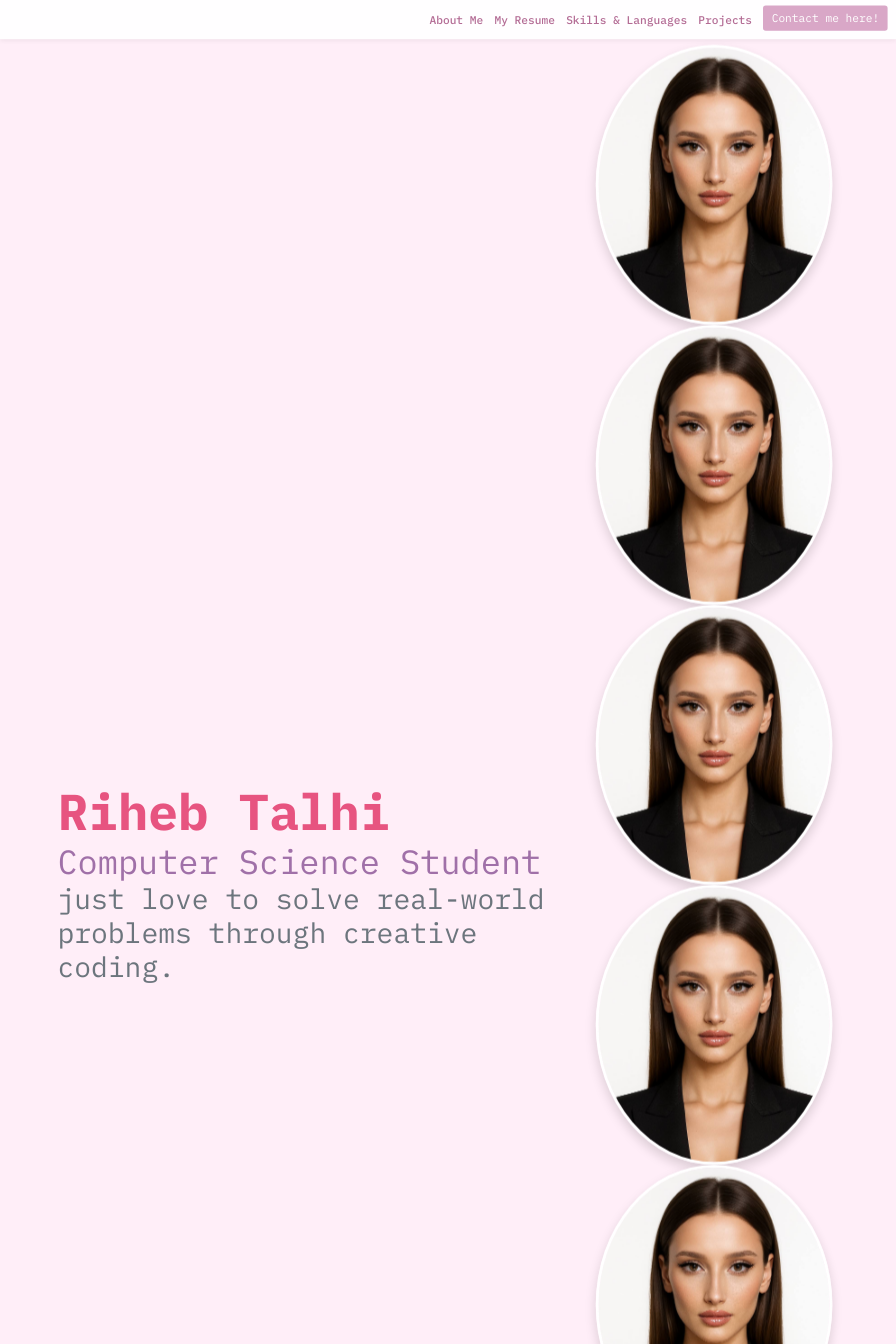
Repository: rihebtlh/portfolio
Page: new.html
An editor plug-in stored every save of this project. The page is shown before and after the next save, followed by the edit.
The browser window is 1280 px wide. The pictures show the part of the page from y = 0 to 1920 px (the page is 6145 px tall before and 4545 px after), at 70% of full size.

Above is the page before, as saved 2025-07-02 17:43:55.

### new.html
<!DOCTYPE html>
<html lang="en">
<head>
  <meta charset="UTF-8" />
  <meta name="viewport" content="width=device-width, initial-scale=1.0" />
  <title>Riheb Talhi Portfolio</title>
  <link href="https://cdn.jsdelivr.net/npm/bootstrap@5.0.2/dist/css/bootstrap.min.css" rel="stylesheet" />
  <script src="https://cdn.jsdelivr.net/npm/bootstrap@5.0.2/dist/js/bootstrap.bundle.min.js"></script>
  <link rel="stylesheet" href="https://cdn.jsdelivr.net/npm/bootstrap-icons@1.10.5/font/bootstrap-icons.css">
  <link href="https://fonts.googleapis.com/css2?family=IBM+Plex+Mono:wght@400;500;700&display=swap" rel="stylesheet">

  <style>
    body {
      font-family: 'IBM Plex Mono', monospace;
      color: #333;
      background: #fff;
    }

    .navbar {
      background: rgba(255, 255, 255, 0.9);
      box-shadow: 0 4px 6px rgba(0, 0, 0, 0.05);
    }

    .navbar-nav .nav-link {
      color: #b36b94 !important;
      font-weight: 500;
    }

    .navbar-nav .nav-link:hover {
      color: #e75480 !important;
    }

    .btn-secondary {
      background-color: #d9a7c7;
      border: none;
    }

    .btn-secondary:hover {
      background-color: #e2b8d3;
    }

    h1, h2 {
      font-weight: 700;
    }

    .display-2 {
      color: #e75480;
    }

    .display-5 {
      color: #a070a8;
    }

    section {
      padding: 4rem 0;
    }

    .head {
      background-color: #ffeef8;
    }

    .about {
      background-color: #ffffff;
    }

    .about h2 {
      color: #e75480;
    }

    .about p {
      font-size: 1.1rem;
      color: #444;
      max-width: 800px;
    }

    img.rounded-circle {
      border: 4px solid #fff;
    }
    /* Simple timeline style */
  .timeline-item {
    border-left: 3px solid #e75480;
    padding-left: 1rem;
    position: relative;
  }
  .timeline-item::before {
    content: '';
    position: absolute;
    left: -9px;
    top: 0.4rem;
    width: 15px;
    height: 15px;
    background: #e75480;
    border-radius: 50%;
  }
  /* Fade-up effect */
    .fade-up {
      opacity: 0;
      transform: translateY(40px);
      transition: all 0.6s ease-in-out;
    }

    .fade-up.show {
      opacity: 1;
      transform: translateY(0);
    }

    /* Slide-in from left for the name */
    .slide-left {
      opacity: 0;
      transform: translateX(-100px);
      animation: slideLeft 1s ease-out forwards;
    }

    .btn-secondary:hover {
      background-color: #e2b8d3;
      transform: scale(1.03);
      transition: transform 0.2s ease-in-out;
    }

    @keyframes slideLeft {
      to {
        opacity: 1;
        transform: translateX(0);
      }
    }
    .floating {
      animation: float 3s ease-in-out infinite;
    }

    @keyframes float {
      0% { transform: translateY(0); }
      50% { transform: translateY(-10px); }
      100% { transform: translateY(0); }
    }


  </style>
</head>
<body>
  <!-- Navbar -->
  <nav class="navbar navbar-expand-md navbar-light fixed-top">
    <div class="container-xxl">
      <button class="navbar-toggler" type="button" data-bs-toggle="collapse" data-bs-target="#main-nav"
        aria-controls="main-nav" aria-expanded="false" aria-label="Toggle navigation">
        <span class="navbar-toggler-icon"></span>
      </button>

      <div class="collapse navbar-collapse justify-content-end align-items-center" id="main-nav">
        <ul class="navbar-nav">
          <li class="nav-item"><a class="nav-link" href="#about">About Me</a></li>
          <li class="nav-item"><a class="nav-link" href="#resume">My Resume</a></li>
          <li class="nav-item"><a class="nav-link" href="#skills">Skills & Languages</a></li>
          <li class="nav-item"><a class="nav-link" href="#projects">Projects</a></li>
          <li class="nav-item ms-2 d-none d-md-inline">
            <a class="btn btn-secondary" href="#contact">Contact me here!</a>
          </li>
        </ul>
      </div>
    </div>
  </nav>

  <!-- Hero Section -->
    <section class="head d-flex align-items-center fade-up" style="min-height: 100vh;" id="home">
    <div class="container-lg">
        <div class="row justify-content-center align-items-center">
        <div class="col-md-8 text-start">
            <h1>
            <div class="display-2 fw-bold slide-left">Riheb Talhi</div>
            <div class="display-5">Computer Science Student</div>
            <div class="display-6 text-muted">just love to solve real-world problems through creative coding.</div>
            </h1>
        </div>
        <div class="col-md-4 text-center d-none d-md-block"><img src="/assets/pic.jpg" alt="Your photo" class="img-fluid rounded-circle shadow floating" style="max-height: 400px;">
<img src="/assets/pic.jpg" alt="Your photo" class="img-fluid rounded-circle shadow floating" style="max-height: 400px;">
<img src="/assets/pic.jpg" alt="Your photo" class="img-fluid rounded-circle shadow floating" style="max-height: 400px;">
<img src="/assets/pic.jpg" alt="Your photo" class="img-fluid rounded-circle shadow floating" style="max-height: 400px;">
<img src="/assets/pic.jpg" alt="Your photo" class="img-fluid rounded-circle shadow floating" style="max-height: 400px;">

            <img src="/assets/pic.jpg" alt="Your photo" class="img-fluid rounded-circle shadow" style="max-height: 400px;">
            </span>
        </div>
        </div>
    </div>
    </section>


  <!-- About Me Section (White) -->
  <section class="about fade-up" id="about">
    <div class="container-lg">
      <div class="row justify-content-center">
        <div class="col-md-5">
          <h2 class="mb-4">About Me</h2>
          <p><strong>Name:</strong> Riheb Talhi</p>
          <p><strong>Education:</strong> university of science and technology of oran - mohamed boudiaf</p>
          <div class="row justify-content-center">
            <div class="col-md-6">
              <ul class="list-unstyled small text-start mx-auto" style="max-width: 400px;">
                <li class="mb-3">
                  <i class="bi bi-envelope-heart-fill text-secondary me-2"></i>
                  <strong>Email:</strong> <a href="mailto:talhiriheb@gmail.com" class="text-dark">talhiriheb@gmail.com</a>
                </li>
                <li class="mb-3">
                  <i class="bi bi-linkedin text-secondary me-2"></i>
                  <strong>LinkedIn:</strong> <a href="https://www.linkedin.com/in/riheb-talhi-bab320293" target="_blank" class="text-dark">Riheb Talhi</a>
                </li>
                <li class="mb-3">
                  <i class="bi bi-github text-secondary me-2"></i>
                  <strong>GitHub:</strong> <a href="https://github.com/rihebtlh" target="_blank" class="text-dark">@rihebtlh</a>
                </li>
              </ul>
            </div>
          </div>
          <p>
            I love building smart, helpful apps and exploring the world of artificial intelligence.
            Currently, I'm focused on AI development especially in natural language processing (NLP) and machine learning (ML).
          </p>

        </div>
      </div>
    </div>
  </section>
  <!-- Resume Section -->
    <section id="resume" class="py-5 fade-up" style="background:#fff;">
        <div class="container-lg">
            <h2 class="mb-5" style="color:#e75480;">My Resume</h2>
            <div class="row">

            <!-- Education -->
            <div class="col-md-6 mb-4">
                <h4 class="mb-4" style="color:#b36b94;">Education</h4>
                <div class="timeline">
                <div class="timeline-item mb-4">
                    <h5 class="mb-1 fw-bold">University of Science and Technology of Oran - Mohamed Boudiaf</h5>
                    <p class="text-muted mb-0"><small>Bachelor's Degree in Computer Science</small></p>
                    <p class="text-muted"><small>2022 - 2025</small></p>
                    <p>Focused on software development, AI, and data structures.</p>
                </div>
                <!-- Add more education here if needed -->
                </div>
            </div>

            <!-- Experience -->
            <div class="col-md-6 mb-4">
                <h4 class="mb-4" style="color:#b36b94;">Experience</h4>
                <div class="timeline">
                <div class="timeline-item mb-4">
                    <h5 class="mb-1 fw-bold">Internship at XYZ Company</h5>
                    <p class="text-muted mb-0"><small>Summer 2023</small></p>
                    <p>Worked on developing web applications and learning Agile methodologies.</p>
                </div>
                <div class="timeline-item mb-4">
                    <h5 class="mb-1 fw-bold">Freelance Web Developer</h5>
                    <p class="text-muted mb-0"><small>2022 - Present</small></p>
                    <p>Built personal and small business websites with modern UI/UX design.</p>
                </div>
                <!-- Add more experience as needed -->
                </div>
            </div>
            </div>
            <!-- Certifications -->
            <div class="col-md-4 mb-4">
                <h4 class="mb-4" style="color:#b36b94;">Certifications</h4>
                <div class="timeline">
                <div class="timeline-item mb-4">
                    <h5 class="fw-bold">Intro to ChatGPT and Generative AI</h5>
                    <p class="text-muted"><small>365 Data Science · nov 2024 ID CC-41B1262EA4</small></p>
                    <p>Gained foundational knowledge of ChatGPT, generative AI concepts, prompt engineering, and ethical AI use.</p>
                </div>
                <div class="timeline-item mb-4">
                    <h5 class="fw-bold">AI For Everyone</h5>
                    <p class="text-muted"><small>Coursera · 2023</small></p>
                    <p>Introduction to AI principles and how AI is used in real-world systems.</p>
                </div>
                </div>
            </div>
        </div>
    </section>
    <!-- Skills & Languages Section -->
    <section id="skills" class="py-5 fade-up" style="background-color: #ffeef8;">
    <div class="container-lg text-center">
        <h2 class="mb-5" style="color: #e75480;">Skills & Languages</h2>

        <div class="row justify-content-center">
        <!-- Skills -->
        <div class="col-md-5 mb-4">
            <h4 class="mb-3" style="color: #b36b94;">Skills</h4>
            <ul class="list-unstyled small text-start mx-auto" style="max-width: 300px;">
            <li class="mb-2"><strong>HTML / CSS</strong></li>
            <li class="mb-2"><strong>JavaScript</strong></li>
            <li class="mb-2"><strong>Bootstrap</strong></li>
            <li class="mb-2"><strong>Python</strong></li>
            <li class="mb-2"><strong>C</strong></li>
            <li class="mb-2"><strong>Java</strong></li>
            <li class="mb-2"><strong>Machine Learning (Scikit-learn, Pandas)</strong></li>
            <li class="mb-2"><strong>Flutter & Dart</strong></li>
            <li class="mb-2"><strong>Git / GitHub</strong></li>
            </ul>
        </div>

        <!-- Languages -->
        <div class="col-md-5 mb-4">
            <h4 class="mb-3" style="color: #b36b94;">Languages</h4>
            <ul class="list-unstyled small text-start mx-auto" style="max-width: 300px;">
            <li class="mb-2"><strong>Arabic</strong> — Native</li>
            <li class="mb-2"><strong>French</strong> — Fluent</li>
            <li class="mb-2"><strong>English</strong> — Fluent</li>
            </ul>
        </div>
        </div>
    </div>
    </section>
    <!-- Projects Section -->
    <section id="projects" class="py-5 fade-up" style="background-color: #fff;">
      <div class="container-lg">
        <h2 class="mb-5 text-center" style="color: #e75480;">Projects</h2>

        <div class="row justify-content-center g-4">
          <div class="col-md-3">
            <div class="p-4 border rounded-4 h-100" style="border-color: #ffd6e8; background-color: #fff;">
              <img src="assets/Group.png" alt="Pookie App Preview" class="img-fluid rounded mb-3" style="max-height: 300px; width: 100%; object-fit: cover;">
              <h5 class="fw-bold" style="color: #b36b94;">Pookie – AI Learning App for Kids - 2025</h5>
              <p class="text-muted small mb-2">
                A fun and interactive mobile app that helps kids learn using AI tools like chatbots, voice recognition, grammar correction, and cute quizzes.
              </p>
              <p class="mb-2 small"><strong>Technologies:</strong> Flutter, Gemini API, Hugging Face, Firebase</p>
              <a href="#" target="_blank" class="btn btn-sm btn-secondary">View more!</a>
            </div>
          </div>

          <!-- Project 1 -->
          <div class="col-md-3">
            <div class="p-4 border rounded-4 h-100" style="border-color: #ffd6e8; background-color: #fff;">
              <!-- Project Image -->
              <img src="assets/catLogo.webp" alt="Catty Website Preview" class="img-fluid rounded mb-2">
              <!-- Project Content -->
              <h5 class="fw-bold" style="color: #b36b94;">Catty – Cat Adoption Website -2025</h5>
              <p class="text-muted small mb-2"><strong>A cute and responsive cat adoption website</strong> that lets users discover and adopt cats, explore breeds like Siamese, Maine Coon, and Russian Blue, and shop for essential cat items.</p>
              <p class="mb-2"><strong>Technologies:</strong> HTML, CSS, Bootstrap</p>
              <a href="https://github.com/rihebtlh/catty-storefront" target="_blank" class="btn btn-sm btn-secondary">GitHub</a>
            </div>
          </div>
          <!-- Project 2 -->
          <div class="col-md-3">
            <div class="p-4 border rounded-4 h-100" style="border-color: #ffd6e8;">
              <h5 class="fw-bold" style="color: #b36b94;">SNAKE Language Compiler – 2024</h5>
              <p class="text-muted small mb-2"><strong>Developed a compiler for the SNAKE programming language, incorporating:</strong></p>
              <p class="text-muted small mb-2">
                <ul>
                  <li>Lexical, syntactic, and semantic analysis to process source code.</li>
                  <li>Robust error detection for syntax errors, type mismatches, and undeclared variables.</li>
                  <li>A graphical user interface that allows users to load .snk files and perform different analyses interactively.</li>
                </ul>
              </p>
              <p class="mb-2"><strong>Technologies:</strong> Flex & Bison, Java, and Java Swing</p>
              <a href="https://github.com/rihebtlh/Compilation" target="_blank" class="btn btn-sm btn-secondary">GitHub</a>
            </div>
          </div>
          <!-- Project 3 -->
          <div class="col-md-3">
            <div class="p-4 border rounded-4 h-100" style="border-color: #ffd6e8;">
              <h5 class="fw-bold" style="color: #b36b94;">Health Monitoring Application – 2024</h5>
              <p class="text-muted small mb-2"><strong>Developed an interactive health monitoring application with distinct roles:</strong></p>
              <p class="text-muted small mb-2">
                <ul>
                  <li>Patients can track vital parameters such as weight, temperature, blood pressure, and blood sugar levels.</li>
                  <li>Doctors can view patient data through detailed charts 📊 and tables for better health analysis.</li>
                  <li>Administrators manage user accounts and maintain system operations.</li>
                </ul>
                <p>
                  The application features a user-friendly graphical interface built with Java Swing,
                  dynamic charting and data visualization using JFreeChart,
                  and real-time communication between users powered by XMPP.
                </p></p>
              <p class="mb-2"><strong>Technologies:</strong> Java, Java Swing, JFreeChart, XMPP</p>
              <a href="https://github.com/rihebtlh/health" target="_blank" class="btn btn-sm btn-secondary">GitHub</a>
            </div>
          </div>
        </div>
      </div>
    </section>
    <!-- Contact Section -->
    <section id="contact" class="py-5" style="background-color: #ffeef8;">
      <div class="container-lg text-center">
        <h2 class="mb-4" style="color: #e75480;">Let's Get in Touch!</h2>
        <p class="mb-4 text-muted">I'm always open to new opportunities, collaborations, or just a friendly chat 💌</p>
        <!-- Contact -->
        <div class="row justify-content-center">
          <div class="col-md-6">
            <a href="mailto:talhiriheb@gmail.com" class="btn btn-secondary mt-3">Send me a message</a>
          </div>
        </div>
      </div>
    </section>
  <!-- Tooltip Init -->
  <script>
    const tooltips = document.querySelectorAll('.tt');
    tooltips.forEach(t => {
      new bootstrap.Tooltip(t);
    });

  // Fade-up on scroll
  const fadeElems = document.querySelectorAll('.fade-up');
  const showOnScroll = () => {
    fadeElems.forEach(el => {
      const rect = el.getBoundingClientRect();
      if (rect.top < window.innerHeight - 100) {
        el.classList.add('show');
      }
    });
  };
  window.addEventListener('scroll', showOnScroll);
  window.addEventListener('load', showOnScroll);
  </script>


</body>
</html>

After the next save:
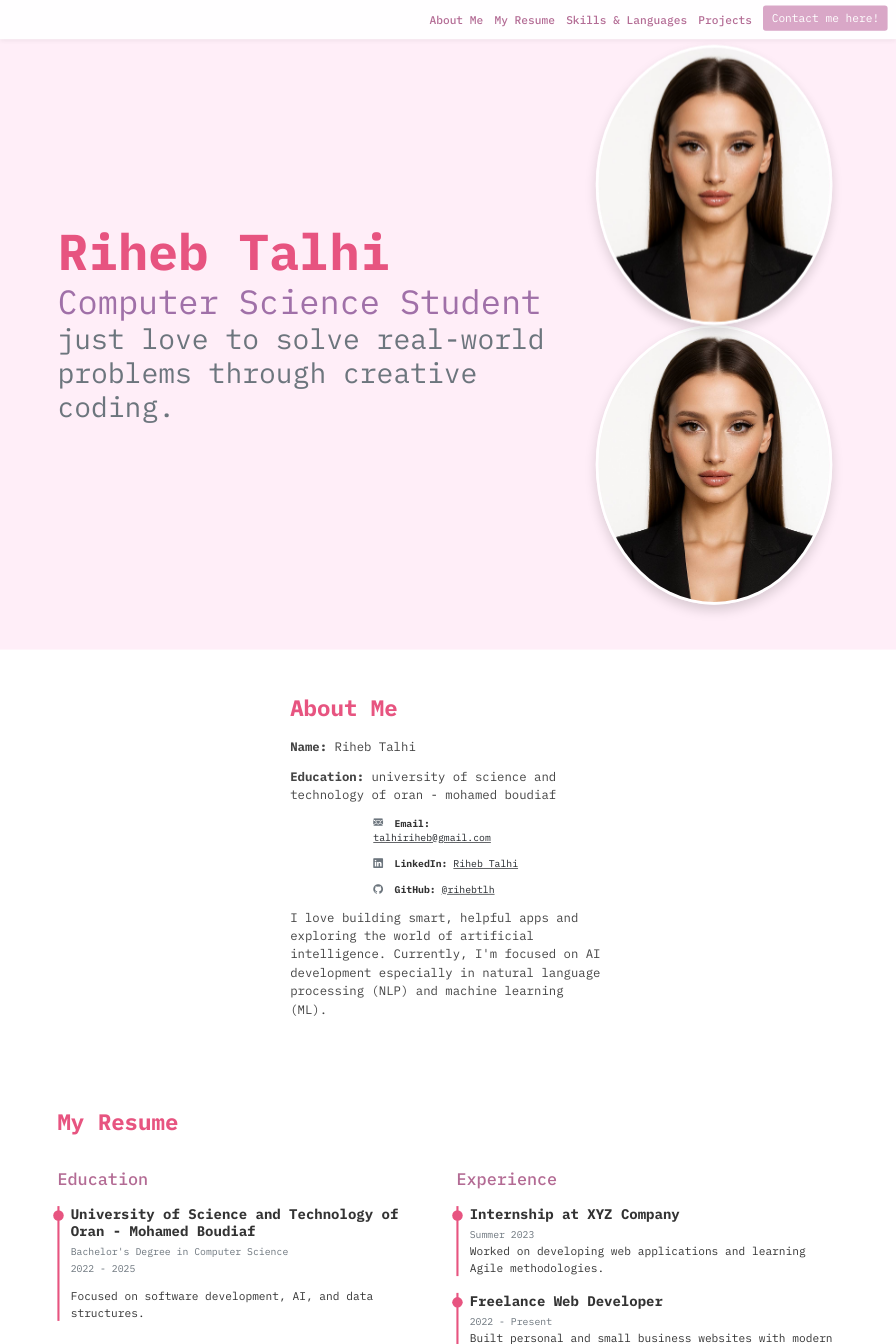
Saved 4 s later.
--- a/new.html
+++ b/new.html
@@ -170,12 +170,8 @@
             <div class="display-6 text-muted">just love to solve real-world problems through creative coding.</div>
             </h1>
         </div>
-        <div class="col-md-4 text-center d-none d-md-block"><img src="/assets/pic.jpg" alt="Your photo" class="img-fluid rounded-circle shadow floating" style="max-height: 400px;">
-<img src="/assets/pic.jpg" alt="Your photo" class="img-fluid rounded-circle shadow floating" style="max-height: 400px;">
-<img src="/assets/pic.jpg" alt="Your photo" class="img-fluid rounded-circle shadow floating" style="max-height: 400px;">
-<img src="/assets/pic.jpg" alt="Your photo" class="img-fluid rounded-circle shadow floating" style="max-height: 400px;">
-<img src="/assets/pic.jpg" alt="Your photo" class="img-fluid rounded-circle shadow floating" style="max-height: 400px;">
-
+        <div class="col-md-4 text-center d-none d-md-block">
+            <span class="tt" data-bs-placement="bottom" title="pic"><img src="/assets/pic.jpg" alt="Your photo" class="img-fluid rounded-circle shadow floating" style="max-height: 400px;">
             <img src="/assets/pic.jpg" alt="Your photo" class="img-fluid rounded-circle shadow" style="max-height: 400px;">
             </span>
         </div>
